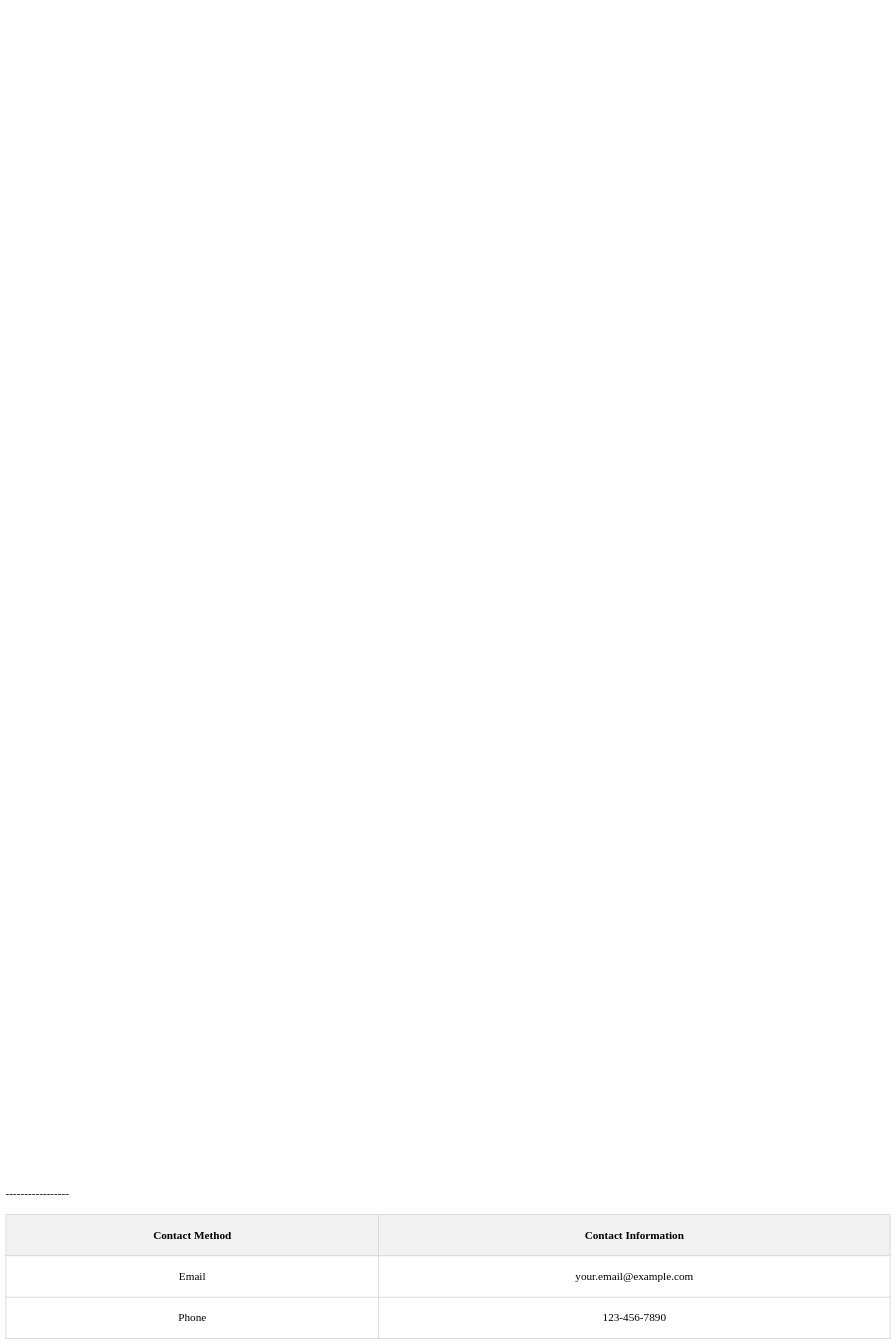
Repository: tianjiewang2022/tianjiewang2022.github.io
Page: index.html
These files come from the project's save history. The page is drawn as it stood at one moment and after the next save; the edit follows.
The browser window is 1280 px wide. The pictures show the part of the page from y = 832 to 2752 px (the page is 2752 px tall before and 2734 px after), at 70% of full size.

Above is the page before, as saved 2023-10-02 00:26:47.

After the next save:
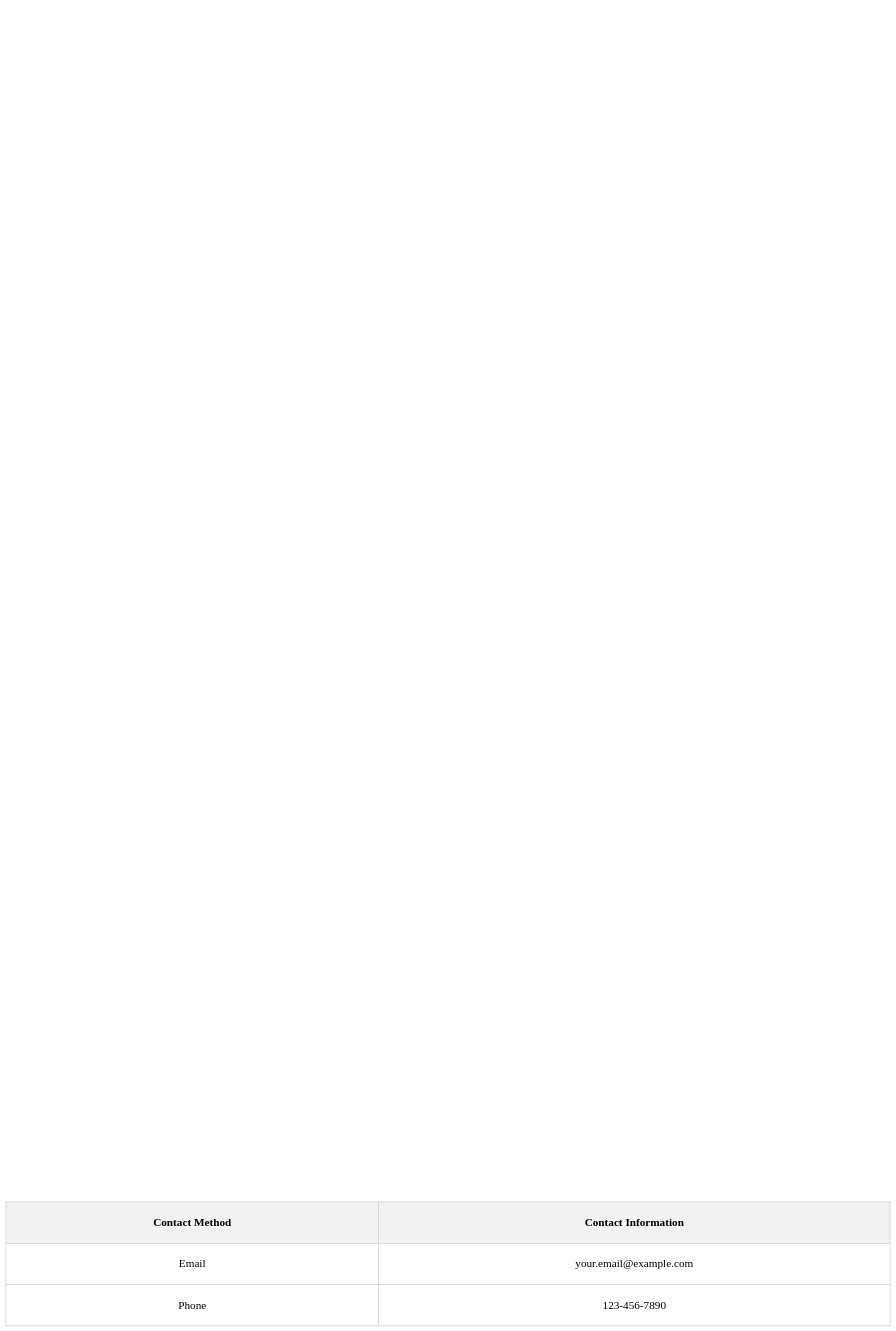
Saved 14 min 11 s later.
--- a/index.html
+++ b/index.html
@@ -112,7 +112,6 @@
             }
         </script>
     </body>
-    <div>-----------------</div>
     <table>
         <thead>
             <tr>
